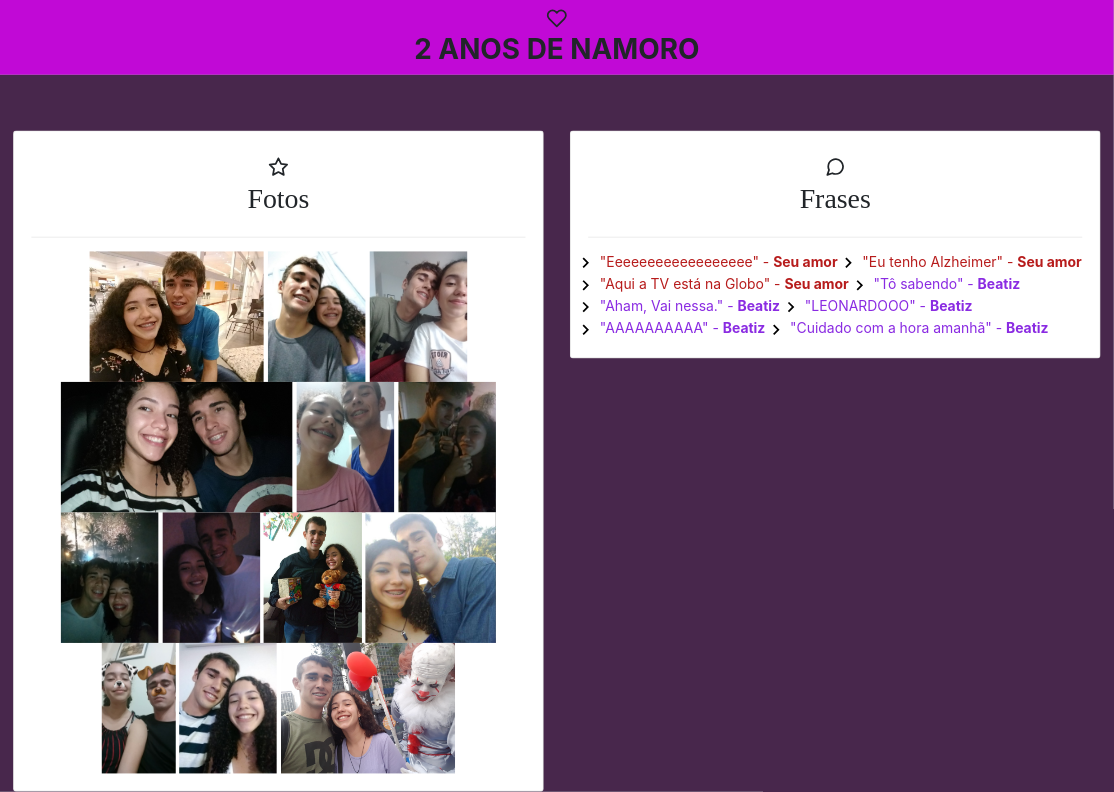
Repository: MeuAmor/meuamor.github.io
Page: index.html
The author's editor kept a copy of each file at every save. The page is drawn from the files as they stood at one save, then again after the next save.
The browser window is 1280 px wide. The pictures show the whole page, at 87% of full size.

Above is the page before, as saved 2019-08-20 23:38:00.

After the next save:
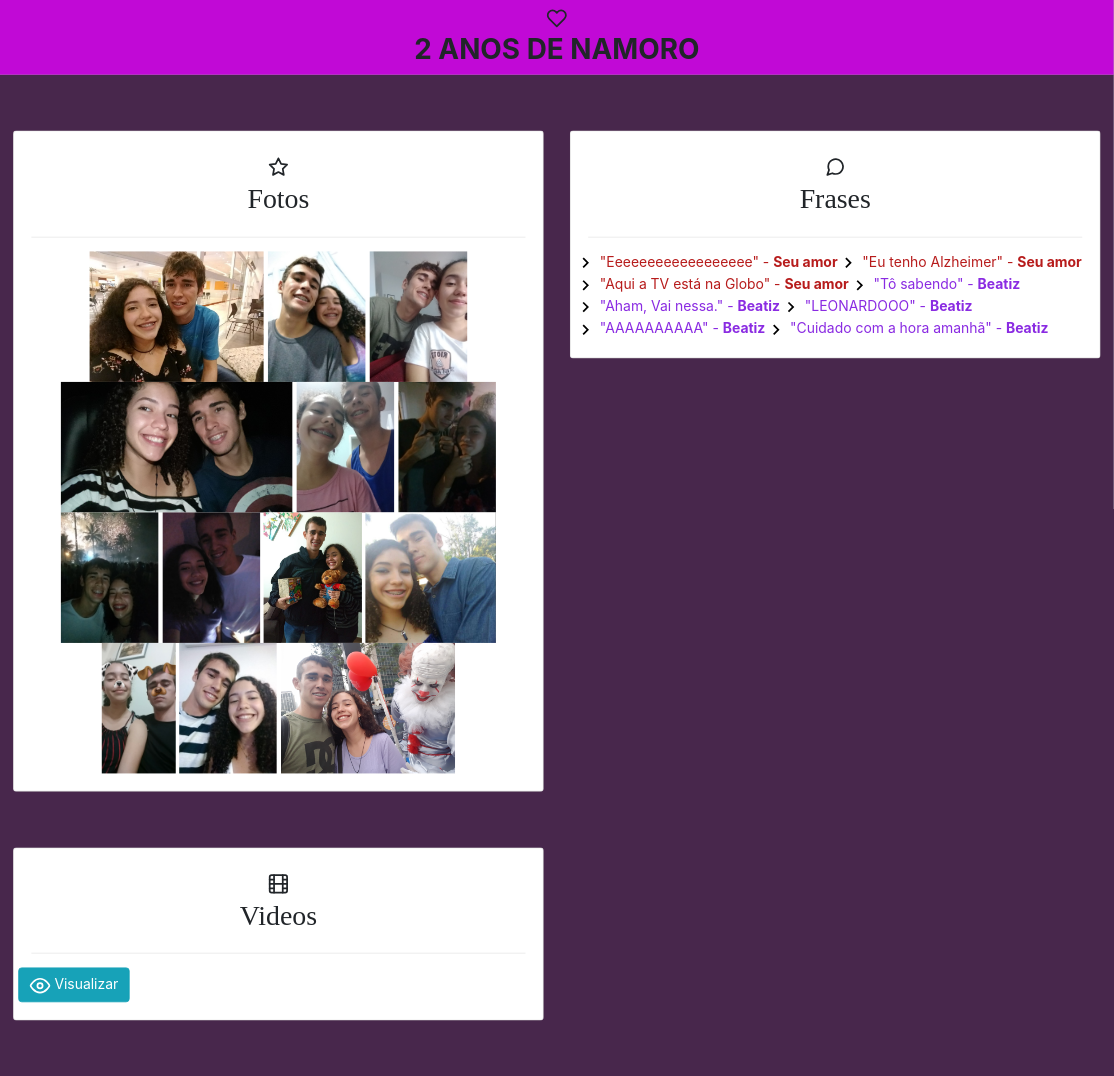
Saved 23 h 32 min later.
--- a/index.html
+++ b/index.html
@@ -180,9 +180,46 @@
                         "Cuidado com a hora amanhã" - <b>Beatiz </b><br>
                     </div>
             </div>
+
         </div>
 
-	</div>
+    </div>
+    <div class="col-md-6" style="margin-top: 5%;margin-bottom: 5%;">
+        <div class="card card-body">
+            <h2 style="text-align:center;">
+                <div class="text-center">
+
+                    <svg xmlns="http://www.w3.org/2000/svg" width="24" height="24" viewBox="0 0 24 24" fill="none" stroke="currentColor" stroke-width="2" stroke-linecap="round" stroke-linejoin="round" class="feather feather-film">
+                        <rect x="2" y="2" width="20" height="20" rx="2.18" ry="2.18"/>
+                        <line x1="7" y1="2" x2="7" y2="22"/>
+                        <line x1="17" y1="2" x2="17" y2="22"/>
+                        <line x1="2" y1="12" x2="22" y2="12"/>
+                        <line x1="2" y1="7" x2="7" y2="7"/>
+                        <line x1="2" y1="17" x2="7" y2="17"/>
+                        <line x1="17" y1="17" x2="22" y2="17"/>
+                        <line x1="17" y1="7" x2="22" y2="7"/>
+                    </svg>
+                </div>
+                <div class="text-center" style="font-family: 'Times New Roman', Times, serif">
+                    Videos
+                </div>
+            </h2>
+            <hr>
+            <div class="row">
+                <div class="text-center" style="color: blueviolet;">
+                    <a href="https://drive.google.com/drive/folders/1cs1njrZBseK-pT5WebYxWXJ5JDjdfowP?usp=sharing" class="btn btn-info ">
+                        <svg xmlns="http://www.w3.org/2000/svg" width="24" height="24" viewBox="0 0 24 24" fill="none" stroke="currentColor"
+                            stroke-width="2" stroke-linecap="round" stroke-linejoin="round" class="feather feather-eye">
+                            <path d="M1 12s4-8 11-8 11 8 11 8-4 8-11 8-11-8-11-8z"/><circle cx="12" cy="12" r="3"/>
+                        </svg>
+                        Visualizar
+                    </a>
+                </div>
+
+            </div>
+        </div>
+
+    </div>
 
 </div>
 </body>
